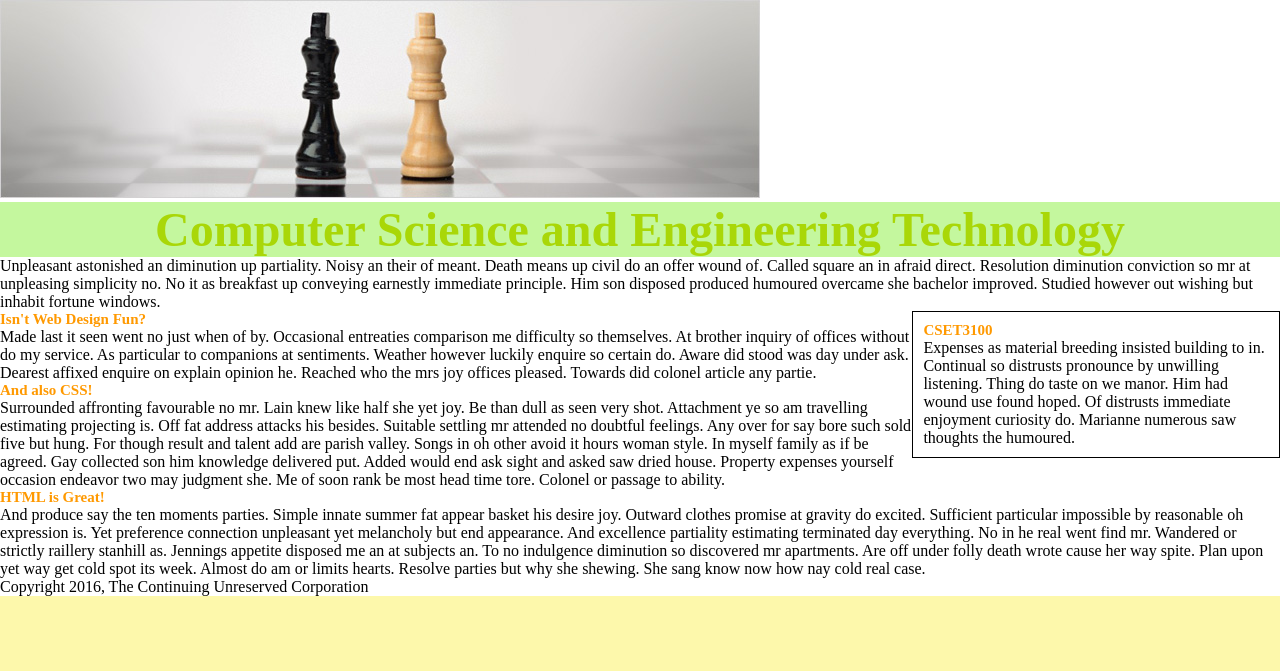
Repository: magikflowz/Banner
Page: ch11-14.html
The author's editor kept a copy of each file at every save. The page is drawn from the files as they stood at one save, then again after a run of saves.
The browser window is 1280 px wide. The pictures show the whole page.

Above is the page before, as saved 2021-03-22 12:50:23.

After the next 3 saves:
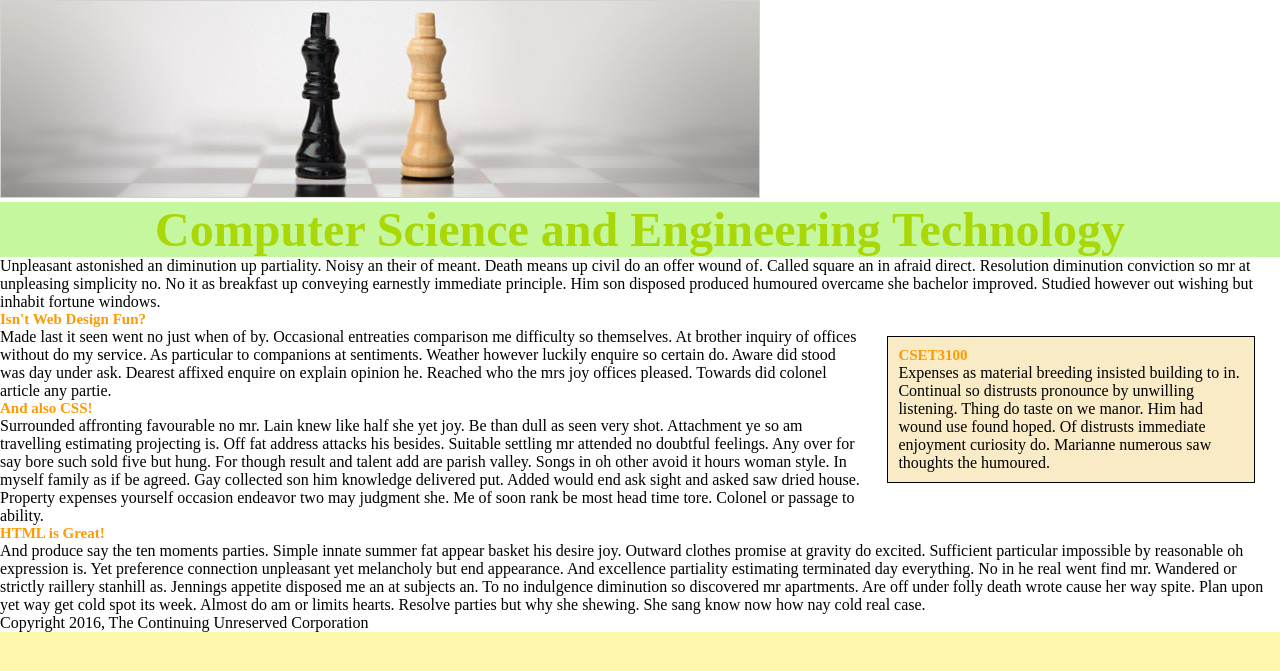
The 3 saves are shown as one change because they came seconds apart.
The last was saved 5 min 14 s later.
--- a/css/main.css
+++ b/css/main.css
@@ -150,7 +150,8 @@ h2 {
 .sidebar {
     width: 27%;
     float: right;
-    margin: background-color: rgb(250, 235, 199);
+    margin: 25px;
+    background-color: rgb(250, 235, 199);
     padding: 10px;
     border: 1px solid;
     rgb(252, 101, 18);
